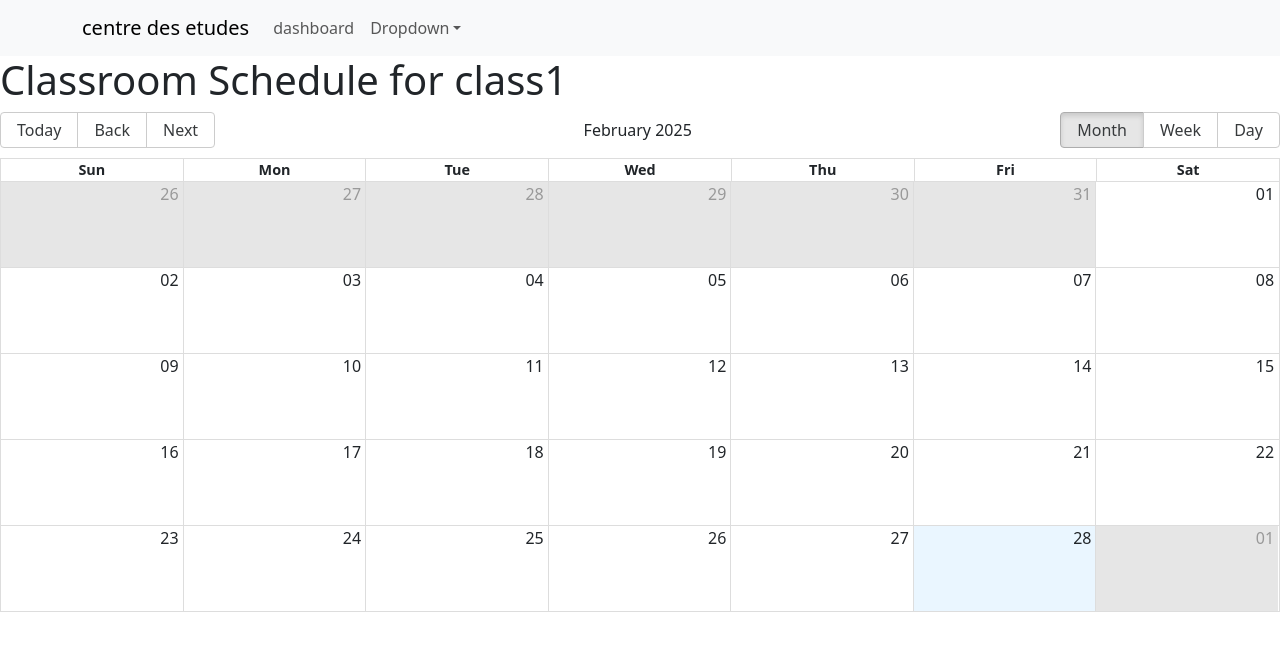
Repository: hatemmoalla368/centredesetudes-nextjs-prisma-calender-cashmanagment
Page: /classrooms/classroom1
These files come from the project's save history. The page is drawn as it stood at one moment and after the next save; the edit follows.
The browser window is 1280 px wide. The pictures show the whole page.
The page's requests for data from a server got no answer. The project was rebuilt for these pictures with package versions that can differ from the ones it lists, and the page was loaded fresh each time. The framework's server and built-in components were replaced by stand-ins that run in the browser. No one was signed in, and anything a server would have sent is missing. Also part of the build but not shown: next.config.mjs.

Above is the page before, as saved 2025-03-02 00:42:54.

### src/app/layout.js
import { Geist, Geist_Mono } from "next/font/google";
import 'bootstrap/dist/css/bootstrap.min.css';
import { ToastContainer } from 'react-toastify';
import Navabar from "@/components/Navabar";


const geistSans = Geist({
  variable: "--font-geist-sans",
  subsets: ["latin"],
});

const geistMono = Geist_Mono({
  variable: "--font-geist-mono",
  subsets: ["latin"],
});

export const metadata = {
  title: "Create Next App",
  description: "Generated by create next app",
};

export default function RootLayout({ children }) {
  return (
    <html lang="en">
      <body
        className={`${geistSans.variable} ${geistMono.variable} antialiased`}
      >
        <ToastContainer />
        <Navabar/>
        {children}
      </body>
    </html>
  );
}

### src/app/classrooms/classroom1/page.js
import React from "react";
import ClassroomCalendar from "../../../components/ClassroomCalendar";

const ClassroomPage = () => {
  const classroomId = 1; // Replace with the actual classroom ID

  return (
    <div>
      <h1>Classroom Schedule for class1</h1>
      <ClassroomCalendar classroomId={classroomId} />
    </div>
  );
};

export default ClassroomPage;

### src/components/Navabar.jsx
'use client'
import Container from 'react-bootstrap/Container';
import Nav from 'react-bootstrap/Nav';
import Navbar from 'react-bootstrap/Navbar';
import NavDropdown from 'react-bootstrap/NavDropdown';
import Link from "next/link";

function Navabar() {
  return (
    <Navbar expand="lg" className="bg-body-tertiary">
      <Container>
        <Navbar.Brand as={Link} href="/">centre des etudes</Navbar.Brand>
        <Navbar.Toggle aria-controls="basic-navbar-nav" />
        <Navbar.Collapse id="basic-navbar-nav">
          <Nav className="me-auto">
            <Nav.Link as={Link} href="/">dashboard</Nav.Link>

            <NavDropdown title="Dropdown" id="basic-nav-dropdown">
              <NavDropdown.Item href="#action/3.1">Action</NavDropdown.Item>
              <NavDropdown.Item href="#action/3.2">
                Another action
              </NavDropdown.Item>
              <NavDropdown.Item href="#action/3.3">Something</NavDropdown.Item>
              <NavDropdown.Divider />
              <NavDropdown.Item href="#action/3.4">
                Separated link
              </NavDropdown.Item>
            </NavDropdown>
          </Nav>
        </Navbar.Collapse>
      </Container>
    </Navbar>
  );
}

export default Navabar;

### src/components/ClassroomCalendar.jsx
"use client"
import React, { useEffect, useState } from "react";
import { Calendar, momentLocalizer } from "react-big-calendar";
import moment from "moment";
import "react-big-calendar/lib/css/react-big-calendar.css";

// Setup the localizer using moment
const localizer = momentLocalizer(moment);

const ClassroomCalendar = ({ classroomId }) => {
  const [schedules, setSchedules] = useState([]);

  // Fetch schedules for the specific classroom
  useEffect(() => {
    const fetchSchedules = async () => {
      try {
        const response = await fetch(`/api/schedules?classroomId=${classroomId}`);
        if (!response.ok) {
          throw new Error("Failed to fetch schedules");
        }
        const data = await response.json();
        setSchedules(data);
      } catch (error) {
        console.error("Error fetching schedules:", error);
      }
    };

    fetchSchedules();
  }, [classroomId]);

  // Format schedules for the calendar
  const events = schedules.map((schedule) => ({
    title: schedule.description,
    start: new Date(schedule.startTime),
    end: new Date(schedule.endTime),
    allDay: false, // Set to true if the event is all-day
  }));

  return (
    <div style={{ height: "500px" }}>
      <Calendar
        localizer={localizer}
        events={events}
        startAccessor="start"
        endAccessor="end"
        defaultView="month"
        views={["month", "week", "day"]}
        onSelectEvent={(event) => alert(`Selected: ${event.title}`)}
      />
    </div>
  );
};

export default ClassroomCalendar;

After the next save:
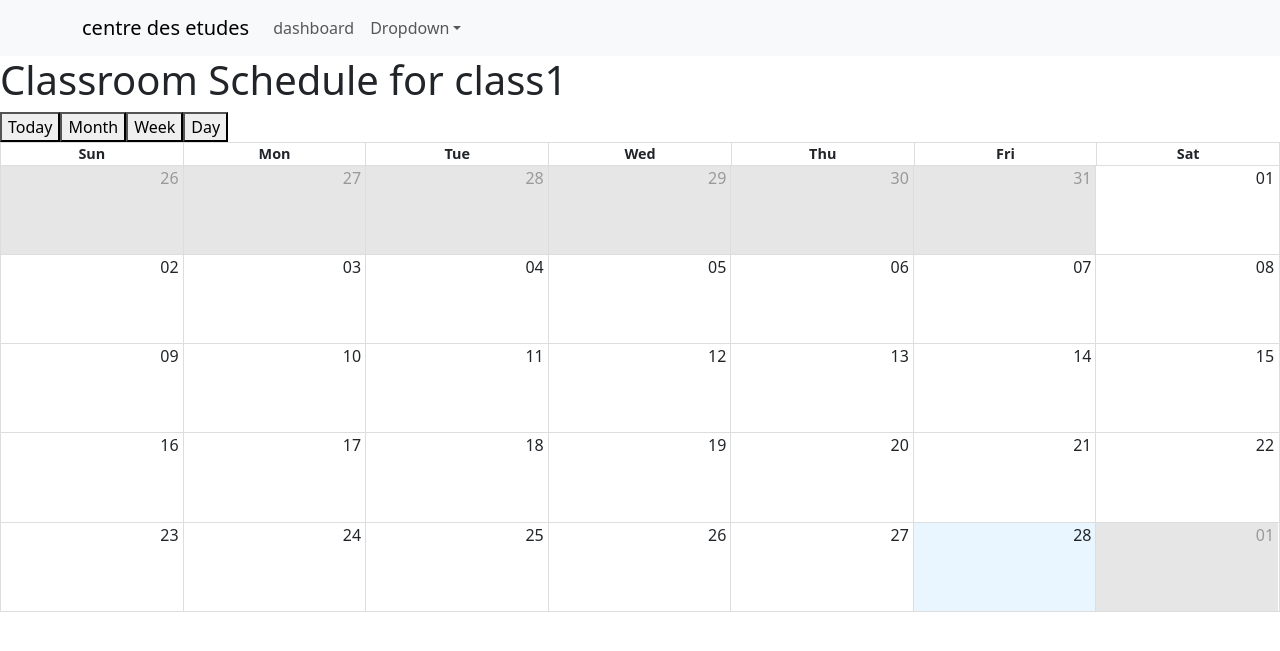
Saved 2 min 37 s later.
--- a/src/components/ClassroomCalendar.jsx
+++ b/src/components/ClassroomCalendar.jsx
@@ -1,4 +1,3 @@
-"use client"
 import React, { useEffect, useState } from "react";
 import { Calendar, momentLocalizer } from "react-big-calendar";
 import moment from "moment";
@@ -36,6 +35,39 @@
     allDay: false, // Set to true if the event is all-day
   }));
 
+  // 1. Event Styling
+  const eventStyleGetter = (event) => {
+    const backgroundColor = "#3174ad"; // Customize the background color
+    return {
+      style: {
+        backgroundColor,
+        borderRadius: "5px",
+        color: "white",
+      },
+    };
+  };
+
+  // 2. Toolbar Customization
+  const CustomToolbar = (toolbar) => {
+    const goToToday = () => {
+      toolbar.onNavigate("TODAY");
+    };
+
+    return (
+      <div>
+        <button onClick={goToToday}>Today</button>
+        <button onClick={() => toolbar.onView("month")}>Month</button>
+        <button onClick={() => toolbar.onView("week")}>Week</button>
+        <button onClick={() => toolbar.onView("day")}>Day</button>
+      </div>
+    );
+  };
+
+  // 3. Localization (Optional)
+  // Uncomment the following lines if you want to use a specific locale
+  // import "moment/locale/fr"; // French locale
+  // moment.locale("fr");
+
   return (
     <div style={{ height: "500px" }}>
       <Calendar
@@ -46,6 +78,10 @@
         defaultView="month"
         views={["month", "week", "day"]}
         onSelectEvent={(event) => alert(`Selected: ${event.title}`)}
+        eventPropGetter={eventStyleGetter} // Apply event styling
+        components={{
+          toolbar: CustomToolbar, // Apply custom toolbar
+        }}
       />
     </div>
   );

After the 3 saves that followed:
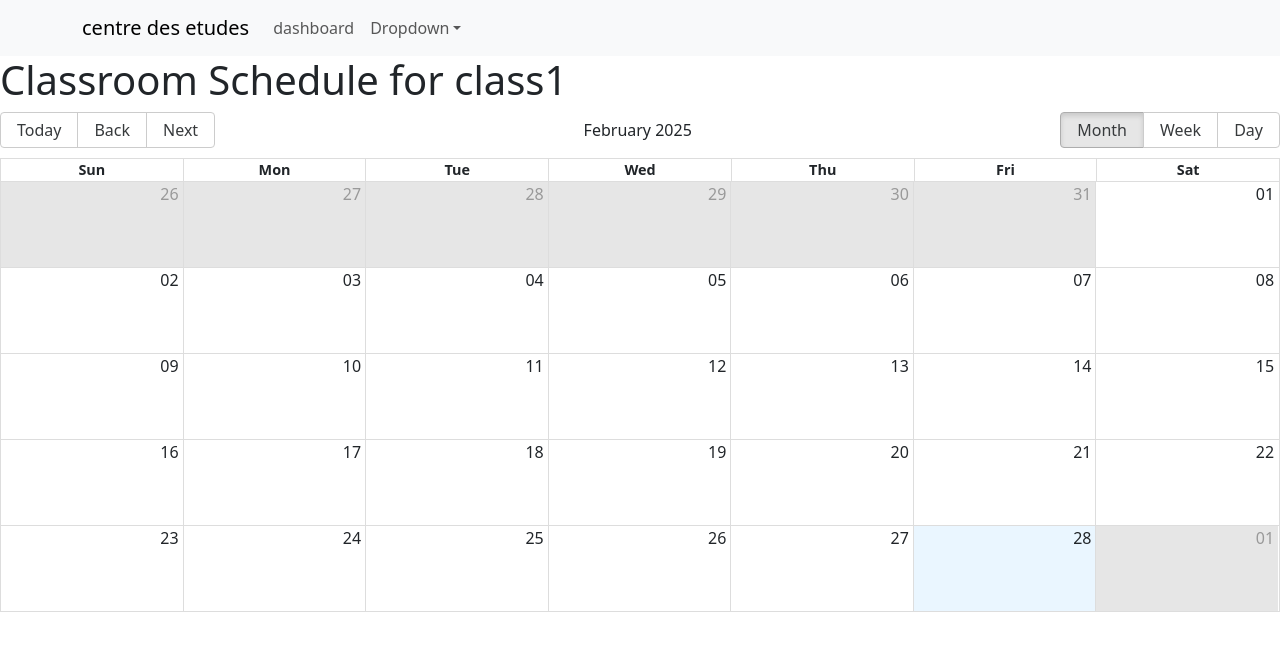
The 3 saves are shown as one change because 1 left the picture as it was and some came seconds apart.
The last was saved 42 s later.
--- a/src/components/ClassroomCalendar.jsx
+++ b/src/components/ClassroomCalendar.jsx
@@ -1,3 +1,4 @@
+"use client"
 import React, { useEffect, useState } from "react";
 import { Calendar, momentLocalizer } from "react-big-calendar";
 import moment from "moment";
@@ -35,39 +36,6 @@
     allDay: false, // Set to true if the event is all-day
   }));
 
-  // 1. Event Styling
-  const eventStyleGetter = (event) => {
-    const backgroundColor = "#3174ad"; // Customize the background color
-    return {
-      style: {
-        backgroundColor,
-        borderRadius: "5px",
-        color: "white",
-      },
-    };
-  };
-
-  // 2. Toolbar Customization
-  const CustomToolbar = (toolbar) => {
-    const goToToday = () => {
-      toolbar.onNavigate("TODAY");
-    };
-
-    return (
-      <div>
-        <button onClick={goToToday}>Today</button>
-        <button onClick={() => toolbar.onView("month")}>Month</button>
-        <button onClick={() => toolbar.onView("week")}>Week</button>
-        <button onClick={() => toolbar.onView("day")}>Day</button>
-      </div>
-    );
-  };
-
-  // 3. Localization (Optional)
-  // Uncomment the following lines if you want to use a specific locale
-  // import "moment/locale/fr"; // French locale
-  // moment.locale("fr");
-
   return (
     <div style={{ height: "500px" }}>
       <Calendar
@@ -78,10 +46,6 @@
         defaultView="month"
         views={["month", "week", "day"]}
         onSelectEvent={(event) => alert(`Selected: ${event.title}`)}
-        eventPropGetter={eventStyleGetter} // Apply event styling
-        components={{
-          toolbar: CustomToolbar, // Apply custom toolbar
-        }}
       />
     </div>
   );
